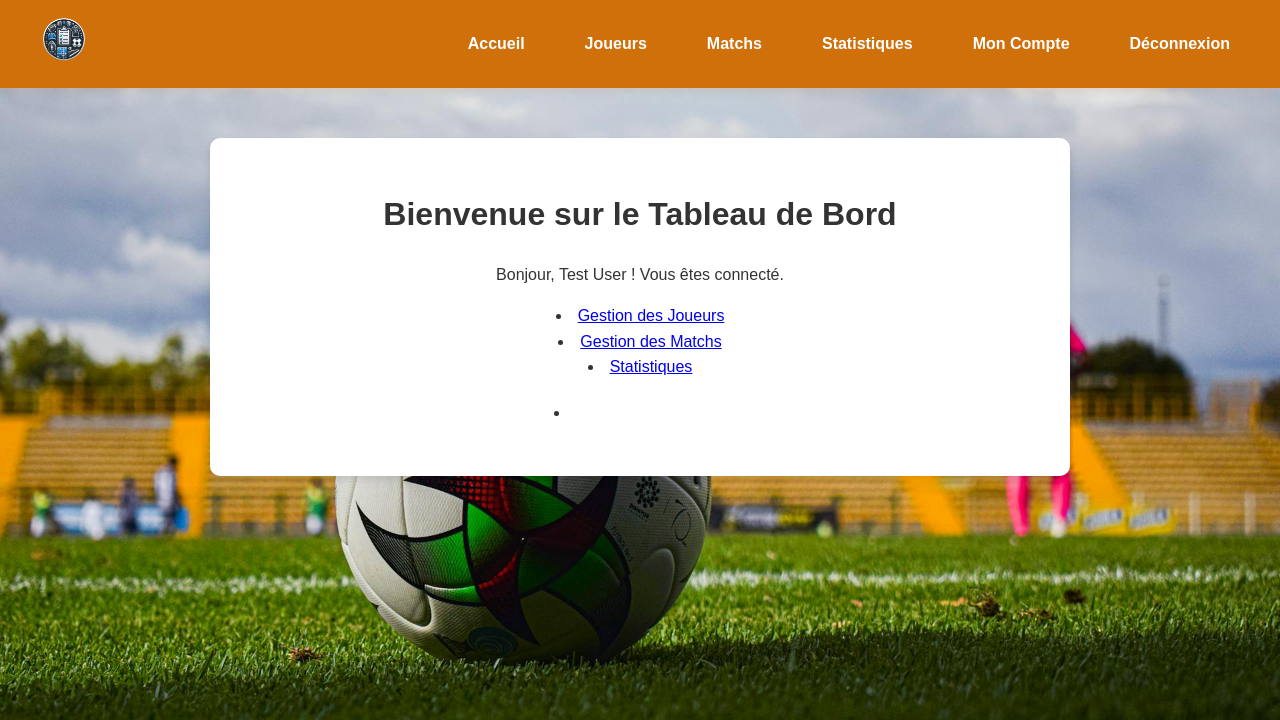
Repository: iisloomx/R401_MiniProjet
Page: http://localhost/views/dashboard.php
An editor plug-in stored every save of this project. The page is shown before and after a run of saves, followed by the edit.
The browser window is 1280 px wide. The pictures show the whole page.
The page is run by PHP 8.4 with error messages shown; the project is at /var/www/html/. The session is filled in as if someone had signed in: {"id_utilisateur": 1, "utilisateur": "Test User"}.

Above is the page before, as saved 2025-01-19 04:29:29.

After the next 2 saves:
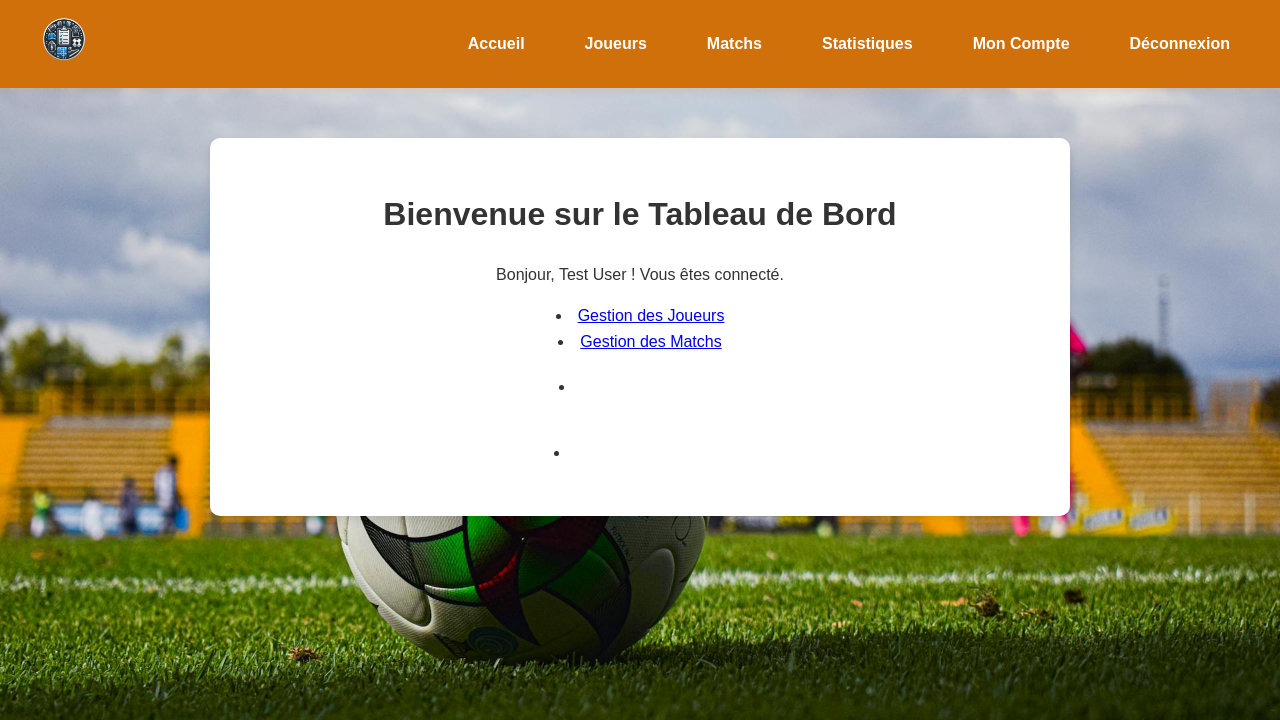
The 2 saves are shown as one change because they came seconds apart.
The last was saved 17 s later.
--- a/views/dashboard.php
+++ b/views/dashboard.php
@@ -31,7 +31,7 @@
 
                     <li><a href="../controllers/JoueursController.php?action=liste">Gestion des Joueurs</a></li>
                     <li><a href="../controllers/MatchsController.php?action=liste">Gestion des Matchs</a></li>
-                    <li><a href="../controllers/StatistiquesController.php?action=index class="btn btn-stat"">Statistiques</a></li> <!-- Nouveau bouton -->
+                    <li><a href="../controllers/StatistiquesController.php?action=index" class="btn btn-stat">Statistiques</a></li> <!-- Nouveau bouton -->
                     <li><a href="../controllers/DeconnexionController.php" class="btn btn-deco">Déconnexion</a></li>
 
         </div>
